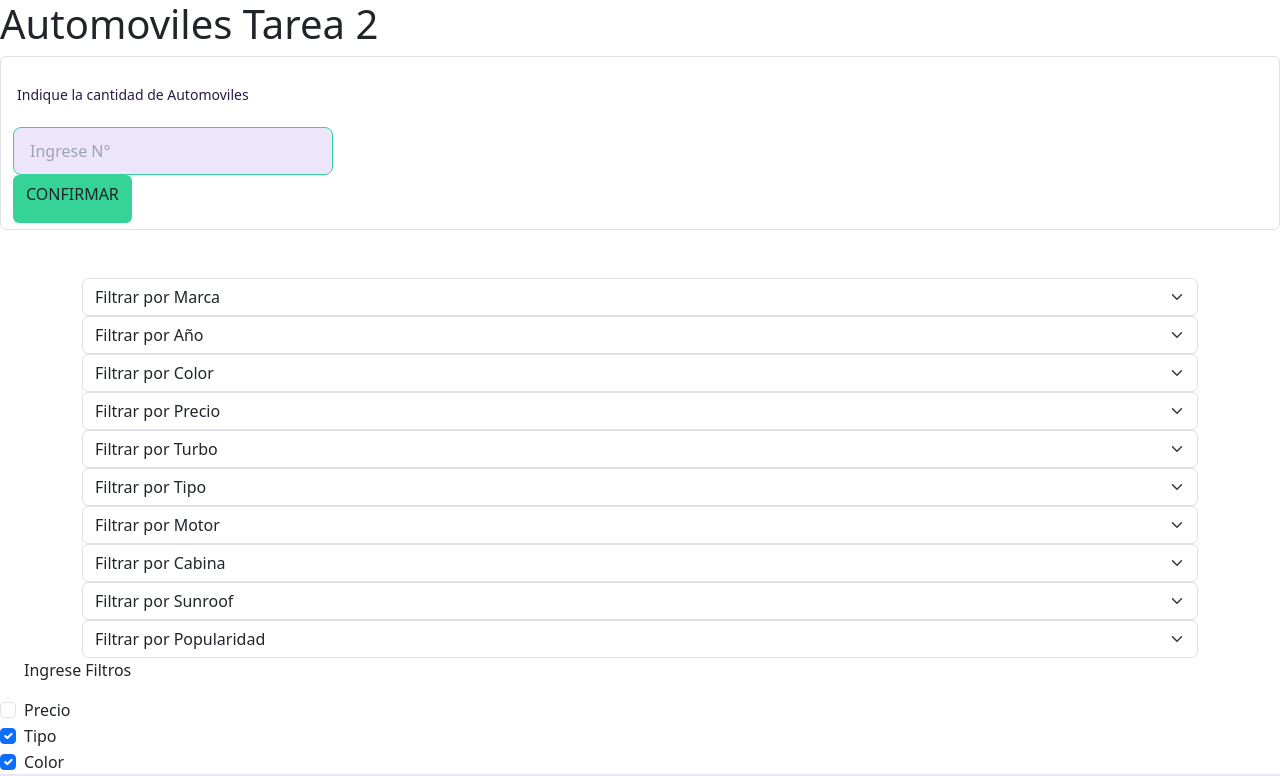
Repository: Claudioxs/Tarea2
Page: /automovil (app in FrontEnd/vue-project/)
The author's editor kept a copy of each file at every save. The page is drawn from the files as they stood at one save, then again after the next save.
The browser window is 1280 px wide. The pictures show the whole page.
The project was rebuilt for these pictures with package versions that can differ from the ones it lists, and the page was loaded fresh each time. Also part of the build but not shown: FrontEnd/vue-project/vite.config.js, FrontEnd/vue-project/src/components/HelloWorld.vue.

Above is the page before, as saved 2023-05-22 22:54:44.

After the next save:
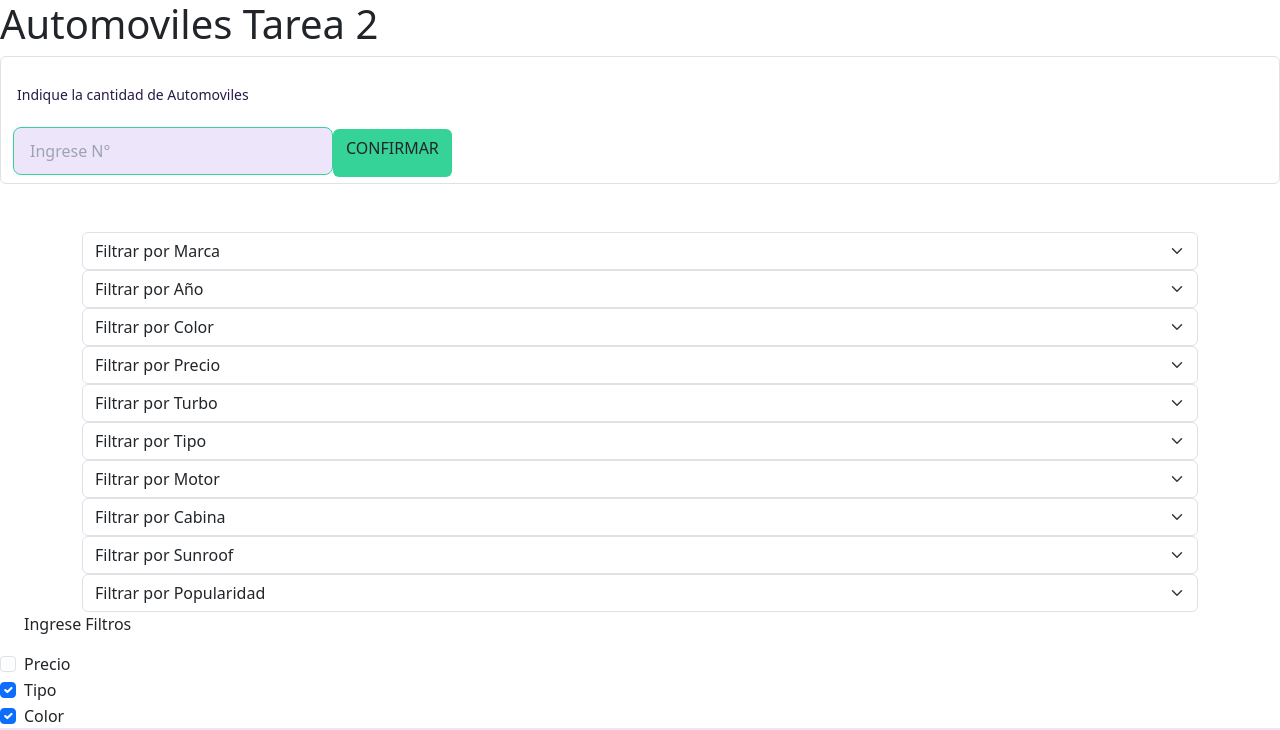
Saved 25 s later.
--- a/FrontEnd/vue-project/src/views/Automovil.vue
+++ b/FrontEnd/vue-project/src/views/Automovil.vue
@@ -10,7 +10,7 @@
     <br><br>
 
   </label>
-  <input type="number" placeholder="Ingrese N°" class="input input-bordered input-success w-full max-w-xs" /> <br>
+  <input type="number" placeholder="Ingrese N°" class="input input-bordered input-success w-full max-w-xs" />
     <label for="ModalBorrar"  @click="crearAutomovil(label-text)" class="btn" style="background-color: #36D399">Confirmar</label>
 
 </div>
